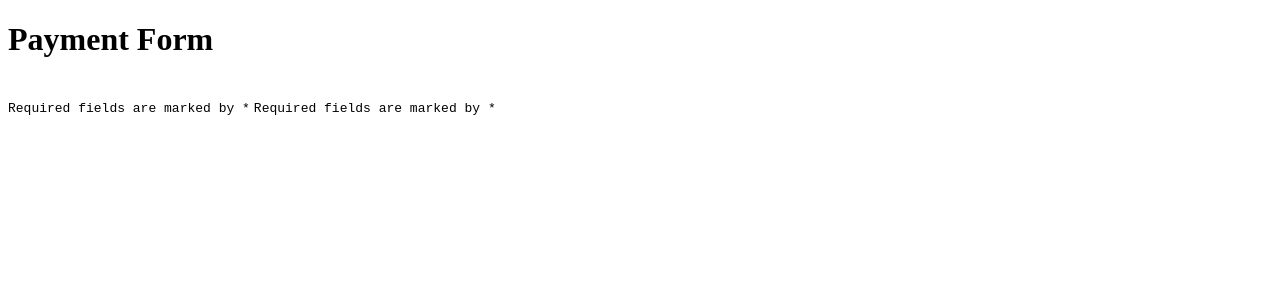
Repository: 10-2-pursuit/lab-intro-to-forms
Page: index.html
An editor plug-in stored every save of this project. The page is shown before and after the next save, followed by the edit.
The browser window is 1280 px wide. The pictures show the whole page.

Above is the page before, as saved 2023-06-13 21:07:17.

### index.html
<!DOCTYPE html>
<html lang="en">
<head>
    <meta charset="UTF-8">
    <meta name="viewport" content="width=device-width, initial-scale=1.0">
    <title>Payment Form</title>
</head>
<body>
    <h1>Payment Form</h1>
    <br>
    <tt>Required fields are marked by *</tt>
    <tt>Required fields are marked by *</tt>



</body>
</html>

After the next save:
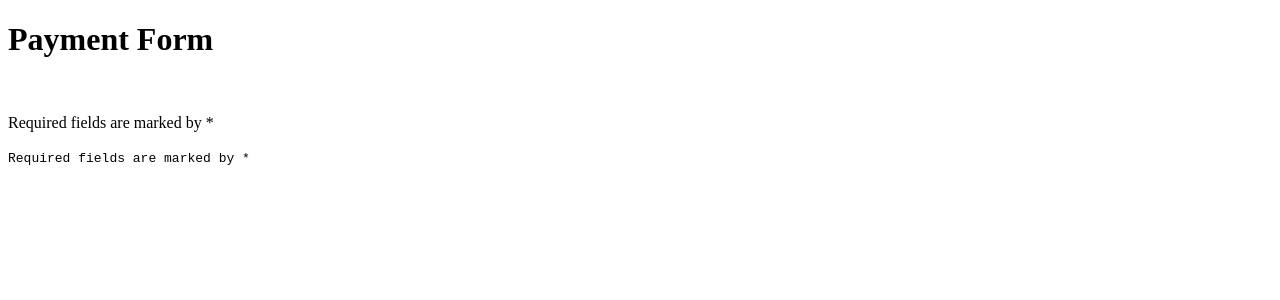
Saved 27 s later.
--- a/index.html
+++ b/index.html
@@ -8,7 +8,7 @@
 <body>
     <h1>Payment Form</h1>
     <br>
-    <tt>Required fields are marked by *</tt>
+    <p>Required fields are marked by *</p>
     <tt>Required fields are marked by *</tt>
 
 
